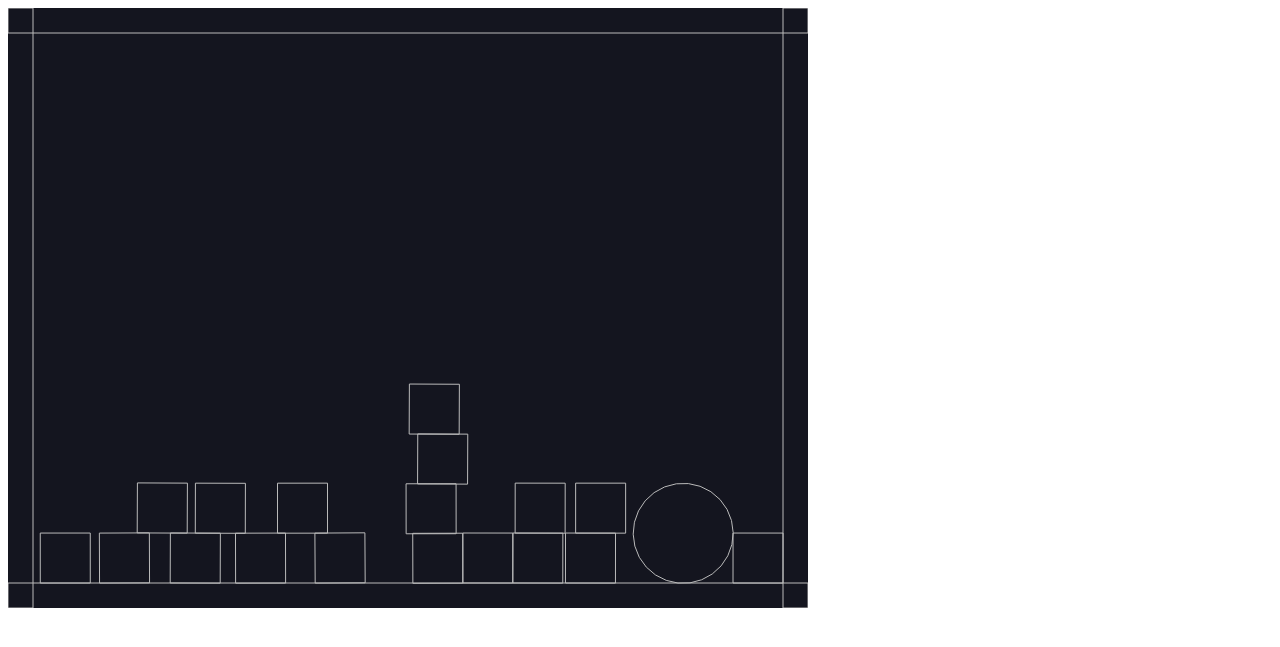
Repository: Sbethm/maze-runner
Page: index.html
The author's editor kept a copy of each file at every save. The page is drawn from the files as they stood at one save, then again after a run of saves.
The browser window is 1280 px wide. The pictures show the whole page.
Some web libraries are served in a nearby version.

Above is the page before, as saved 2021-10-01 16:11:57.

After the next 2 saves:
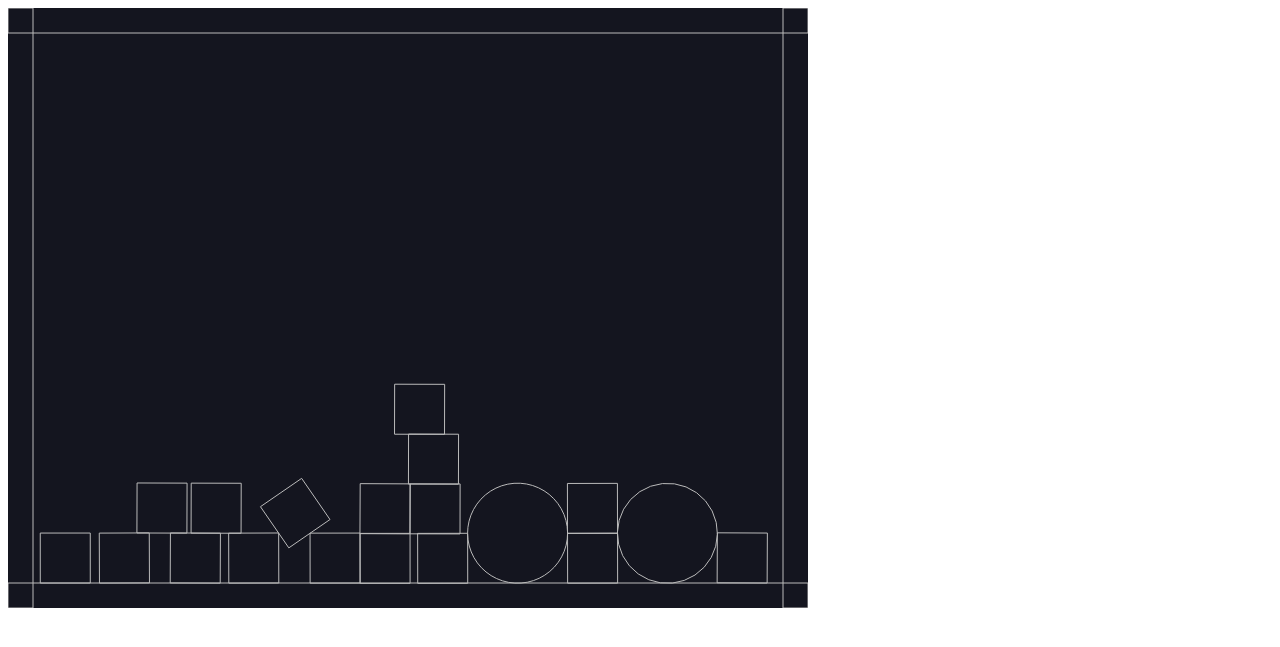
The 2 saves are shown as one change because they came seconds apart.
The last was saved 17 s later.
--- a/app.js
+++ b/app.js
@@ -30,7 +30,7 @@ const shape = [
     Bodies.circle(633, 200, 50, 50),
     Bodies.rectangle(630, 200, 50, 50),
     Bodies.rectangle(630, 200, 50, 50),
-    Bodies.rectangle(630, 200, 50, 50),
+    Bodies.polygon(630, 200, 50, 50),
     Bodies.rectangle(630, 200, 50, 50),
     Bodies.rectangle(750, 200, 50, 50),
     Bodies.rectangle(200, 200, 50, 50),
